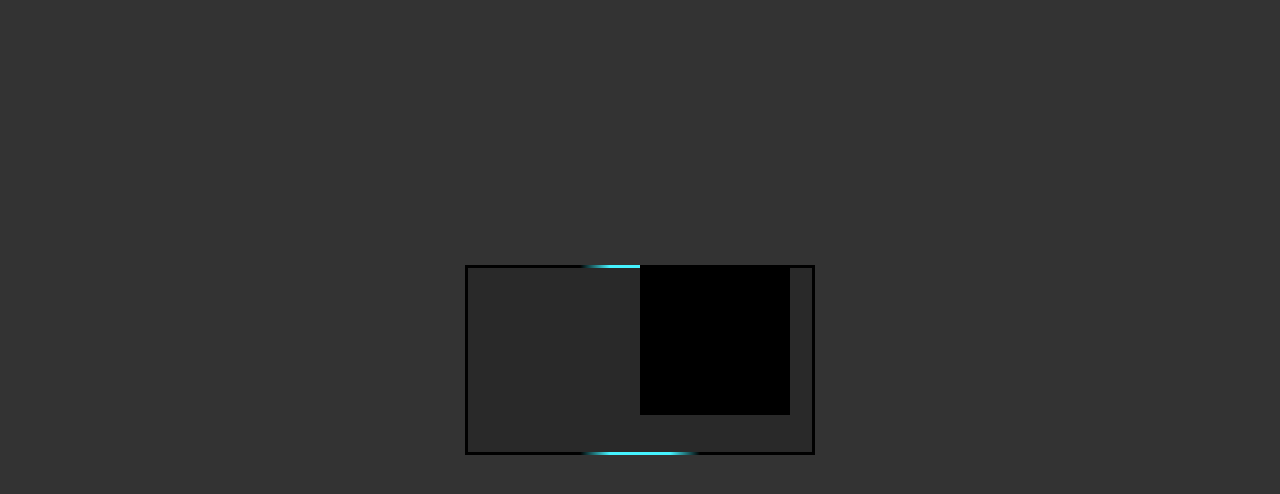
Repository: SeungYn/Javascript-study-toy
Page: profile-card/index.html
The author's editor kept a copy of each file at every save. The page is drawn from the files as they stood at one save, then again after the next save.
The browser window is 1280 px wide. The pictures show the whole page.

Above is the page before, as saved 2023-01-12 15:38:07.

### profile-card/index.html
<!DOCTYPE html>
<html lang="en">
  <head>
    <meta charset="UTF-8" />
    <meta http-equiv="X-UA-Compatible" content="IE=edge" />
    <meta name="viewport" content="width=device-width, initial-scale=1.0" />
    <title>Document</title>
    <link rel="stylesheet" href="./style.css" />
  </head>
  <body>
    <div class="card">
      <div class="lines"></div>
      <div class="imgBx"></div>
    </div>
  </body>
</html>

### profile-card/style.css
@import url('https://fonts.googleapis.com/css?family-Popins:100,200,300,400,500,600,700,800,900');

* {
  margin: 0;
  padding: 0;
  box-sizing: border-box;
  font-family: 'Popins', sans-serif;
}

body {
  display: flex;
  justify-content: center;
  align-items: center;
  min-height: 100vh;
  background: #333;
}

.card {
  position: relative;
  width: 350px;
  height: 190px;
  background: #333;
  transition: 0.5s;
}

.card:hover {
  height: 450px;
}

.card .lines {
  position: absolute;
  inset: 0;
  background: #000;
  overflow: hidden;
}

.card .lines::before {
  content: '';
  position: absolute;
  top: 50%;
  left: 50%;
  transform: translate(-50%, -50%);
  width: 600px;
  height: 120px;
  background: linear-gradient(
    transparent,
    #45f3ff,
    #45f3ff,
    #45f3ff,
    transparent
  );
  animation: animate 4s linear infinite;
}

@keyframes animate {
  0% {
    transform: translate(-50%, -50%) rotate(0deg);
  }

  100% {
    transform: translate(-50%, -50%) rotate(360deg);
  }
}

.card .lines::after {
  content: '';
  position: absolute;
  inset: 3px;
  background-color: #292929;
}

.card .imgBx {
  position: absolute;
  left: 50%;
  width: 150px;
  height: 150px;
  background: #000;
  transition: 0.5s;
  z-index: 10;
  overflow: hidden;
}

.card:hover .imgBx {
  width: 250px;
  height: 250px;
}

After the next save:
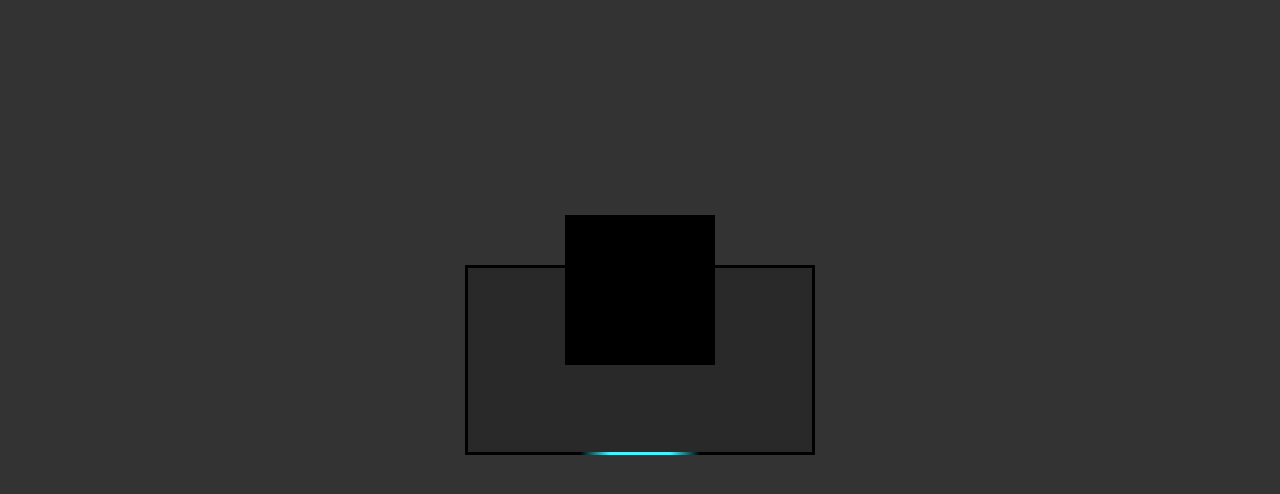
Saved 5 s later.
--- a/profile-card/style.css
+++ b/profile-card/style.css
@@ -72,6 +72,9 @@ body {
 .card .imgBx {
   position: absolute;
   left: 50%;
+  top: -50px;
+  transform: translateX(-50%);
+  left: 50%;
   width: 150px;
   height: 150px;
   background: #000;
